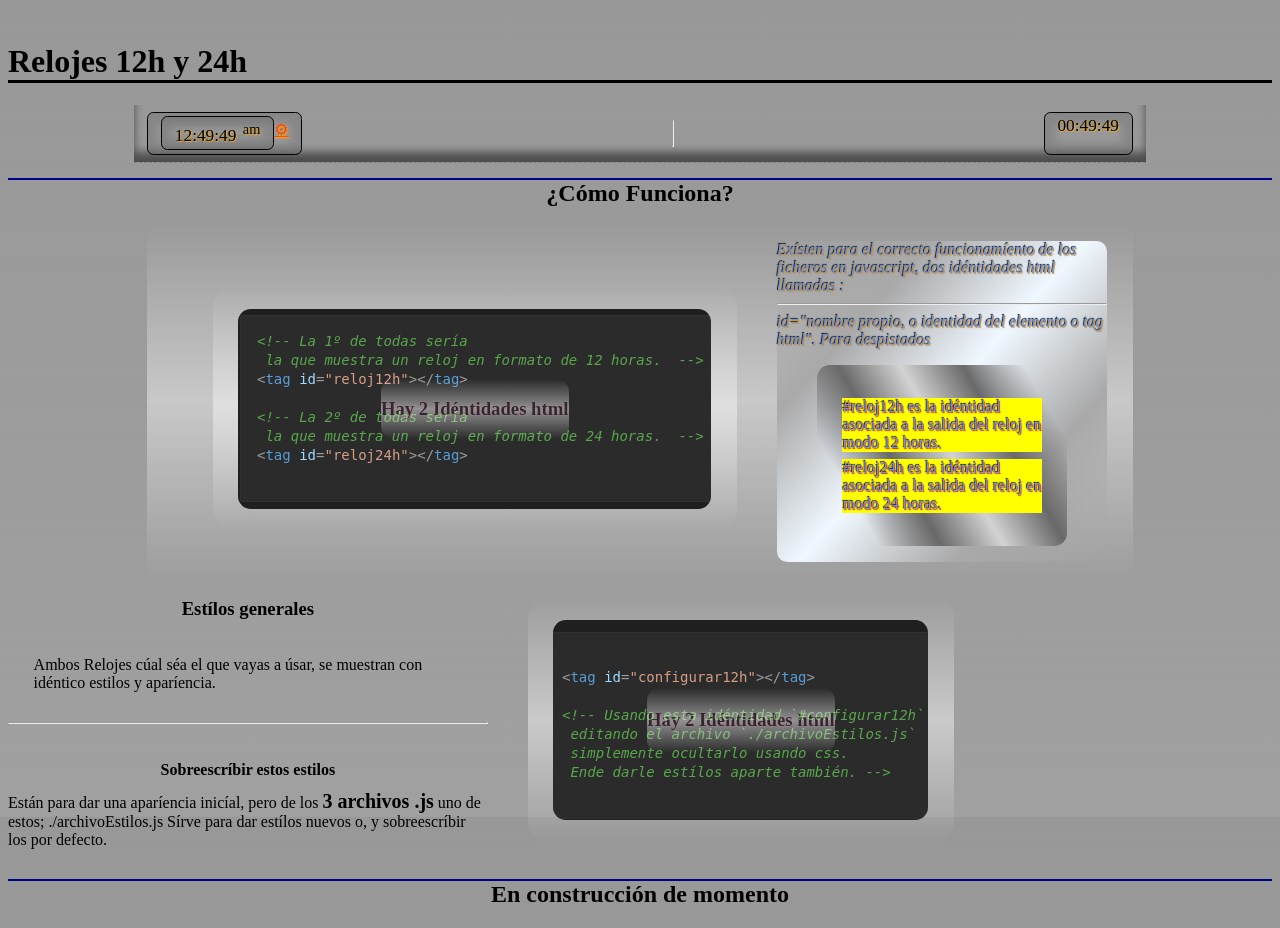
Repository: marcostonfor/clocks
Page: index.html
The author's editor kept a copy of each file at every save. The page is drawn from the files as they stood at one save, then again after a run of saves.
The browser window is 1280 px wide. The pictures show the whole page.

Above is the page before, as saved 2024-09-19 01:19:46.

After the next 2 saves:
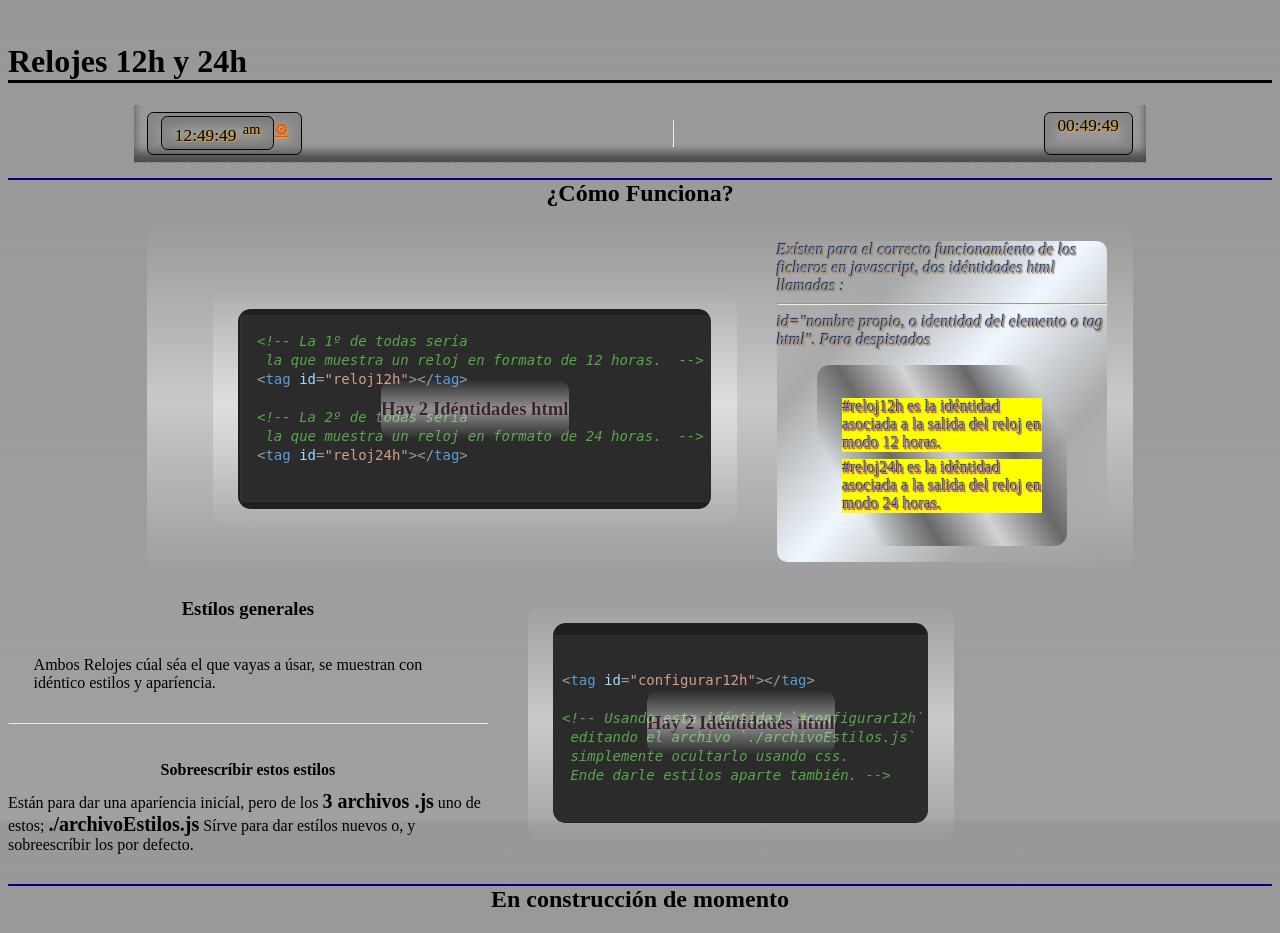
The 2 saves are shown as one change because they came seconds apart.
The last was saved 12 s later.
--- a/index.html
+++ b/index.html
@@ -180,7 +180,7 @@
                     Ambos Relojes cúal séa el que vayas a úsar, se muestran con idéntico estilos y aparíencia. <br><hr><br><strong class="hache3">Sobreescríbir estos estilos</strong>
                     Están para dar una aparíencia inicíal, pero de los <span class="code_md">3 archivos .js</span> uno de estos;
 
-                    <span>./archivoEstilos.js</span> Sírve para dar estílos nuevos o, y sobreescríbir los por defecto.
+                    <span class="code_md">./archivoEstilos.js</span> Sírve para dar estílos nuevos o, y sobreescríbir los por defecto.
                 </p>
             </article>
             <article class="conFoto">
